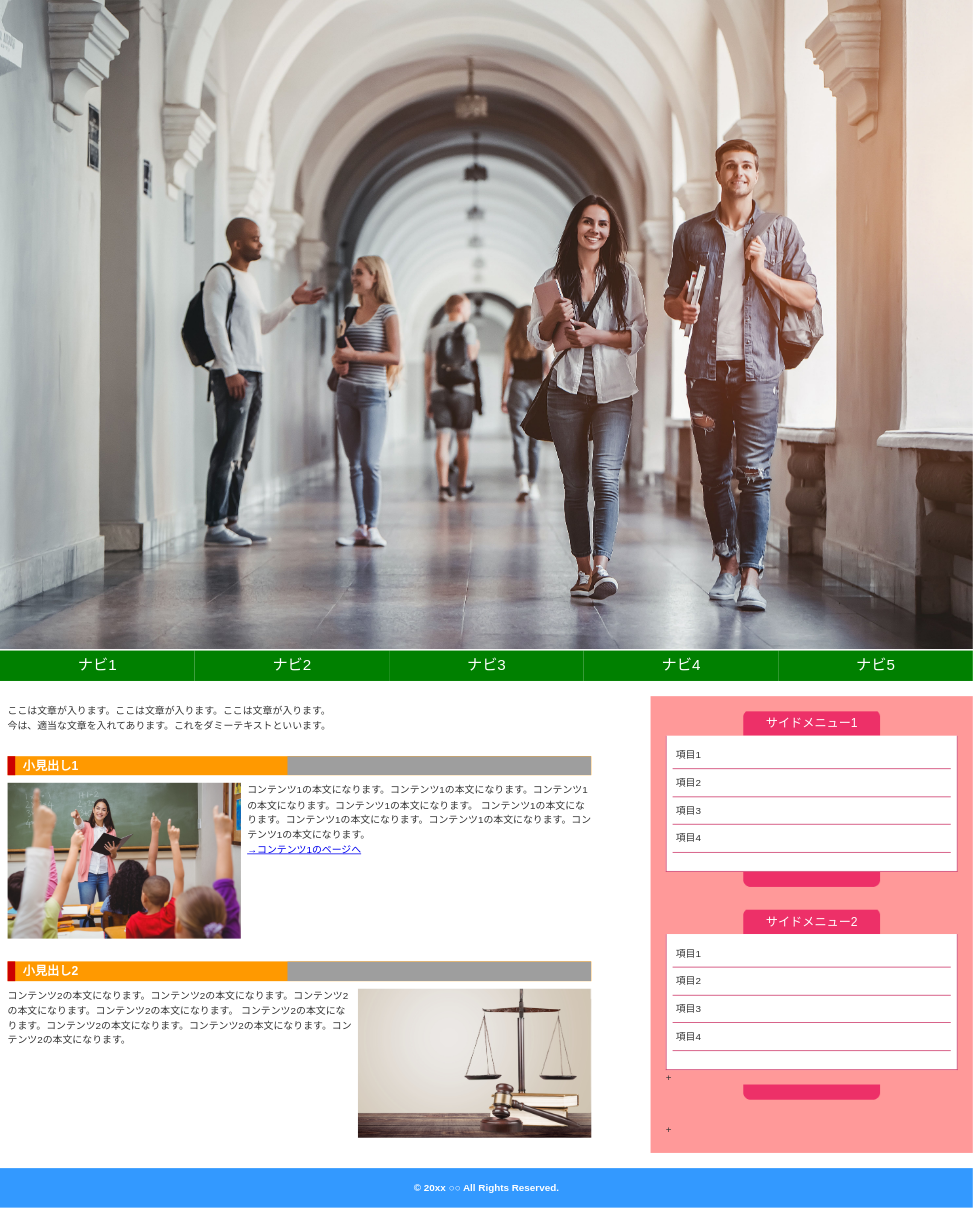
Repository: Yweb18/samurai_PHP
Page: index.html
The author's editor kept a record of every edit. The page is drawn from the files as they stood at one moment, then again after the next edit.
The browser window is 1280 px wide. The pictures show the whole page, at 76% of full size.
Pictures or frames that could not be fetched are drawn as grey boxes.

Above is the page before.

### index.html
<!DOCTYPE html>
<html lang="ja">
    <head>
        <meta charset="UTF-8">
        <title>HTML/CSSの学習</title>
        <link rel="stylesheet" href="stylesheet.css">
    </head>
    <body>
        <div id="header">
            <h1><a href="index.html"><img id="corridor" src="images/corridor.jpg" alt="大学の廊下" /></a></h1>
        </div>
        <div id="wrapper">
            <div id="nav">
                <ul>
                    <li><a href="home.html">ナビ1</a></li>
                    <li><a href="#">ナビ2</a></li>
                    <li><a href="#">ナビ3</a></li>
                    <li><a href="#">ナビ4</a></li>
                    <li><a href="#">ナビ5</a></li>
                </ul>
            </div>
           <div id="container">
            <div id="main">
                <div class="post">
                    <p>ここは文章が入ります。ここは文章が入ります。ここは文章が入ります。<br />今は、適当な文章を入れてあります。これをダミーテキストといいます。</p>
                    </div>
                <div class="post clearfix">
                    <h2>小見出し1</h2>
                    <img class="left" src="images/classroom.jpg" alt="授業風景" />
                    <p>
                        コンテンツ1の本文になります。コンテンツ1の本文になります。コンテンツ1の本文になります。コンテンツ1の本文になります。
                        コンテンツ1の本文になります。コンテンツ1の本文になります。コンテンツ1の本文になります。コンテンツ1の本文になります。
                    </p>
                    <p><a href="#">→コンテンツ1のページへ</a></p>
                </div>
                <div class="post clearfix">
                    <h2>小見出し2</h2>
                    <img class="right" src="images/scale.jpg" alt="天秤" />
                    <p>
                        コンテンツ2の本文になります。コンテンツ2の本文になります。コンテンツ2の本文になります。コンテンツ2の本文になります。
                        コンテンツ2の本文になります。コンテンツ2の本文になります。コンテンツ2の本文になります。コンテンツ2の本文になります。
                    </p>
                </div>
            </div>
            </div>
                 <div id="side">
                <div class="box">
                    <h2>サイドメニュー1</h2>
                    <div class="boxBody">
                        <ul>
                            <li>項目1</li>
                            <li>項目2</li>
                            <li>項目3</li>
                            <li>項目4</li>
                        </ul>
                    </div>
                </div>
                <div class="box">
                    <h2>サイドメニュー2</h2>
                    <div class="boxBody">
                        <ul>
                            <li>項目1</li>
                            <li>項目2</li>
                            <li>項目3</li>
                            <li>項目4</li>
                        </ul>
                    </div>
+                </div>
+            </div>

        </div>
        <div id="footer">
            <p>&copy; 20xx ○○ All Rights Reserved.</p>
        </div>
    </body>
</html>

### stylesheet.css
@charset "utf-8";

body {
	margin: 0;
	padding: 0;
	font-family: "ヒラギノ角ゴ Pro W3", "Hiragino Kaku Gothic Pro", "メイリオ", Meiryo, Osaka, "ＭＳ Ｐゴシック", "MS PGothic", sans-serif;
	color: #333;
	font-size: 13px;
	line-height: 150%;
}

/* -------------------- wrapper -------------------- */
#wrapper {
    width: 100%;
    margin: auto;
    padding: 0px;
    border: 0px;
    background-color: #FFF;
    top: 10px;
}

/* -------------------- header -------------------- */
 #header {
 	width: 100%;
 }
 #header h1 {
 	 margin: 0;
	 padding: 0;
 }

 #corridor {
	 width: 100%;
	 height: auto;
 }


 /* -------------------- footer -------------------- */
 #footer {
 	 clear: both;
 	 width: 100%;
 	 padding: 3px 0 3px 0;
 	 background: #39F;
 	 color: #FFF;
 	 font-weight: bold;
 	 text-align: center;
 }


 /* -------------------- nav -------------------- */
 #nav {
	 width: 100%;
 }
 #nav ul {
	 margin: 0;
	 padding: 0;
	 list-style-type: none;
 }
 #nav ul li {
	 float: left;
	 width: 20%;
	 text-align: center;
 }
 #nav ul li a {
	 display: block;
	 height: 20px;
	 margin: 0;
	 padding: 10px;
	 color: #FFF;
	 font-size: 20px;
	 text-decoration: none;
	 background-color: green;
 }


 /* -------------------- container -------------------- */
 #container {
	 width: 100%;
	 margin: auto ;
	 padding: auto;
	 padding-top: 20px;
	 clear: both;
 }
 /* -------------------- main -------------------- */
 #main {
	 float: left;
	 width: 60%;
	 padding: 10px 30px 10px 10px;
 }
 #main h2 {
	 margin: 0 0 10px 0;
	 padding: 3px 10px 3px 10px;
	 color: #FFF;
	 font-size: 16px;
	 border-left: solid 10px #C00;
	 background: #F90 url(../images/main_h2.jpg) right top repeat-y;
 }
 #main p {
	 margin: 0;
	 padding: 0;
 }
 #main .post {
	 margin: 0 0 30px 0;
 }

 #main .post img.right {
	 margin: 0 0 0 8px;
 }
 #main .post img.left {
	 margin: 0 8px 0 0;
 }

 .right {
	 float: right;
	 width: 40%;
	 height: auto;
 }
 .left {
	 float: left;
	 width: 40%;
	 height: auto;
 }

 /* -------------------- clearfix -------------------- */
 .clearfix {
	 zoom: 1;
 }
 .clearfix:after{
	 content: "";
	 display: block;
	 clear: both;
 }



 /* -------------------- side -------------------- */
 #side {
 	 float: right;
 	 width: 30%;
 	 padding: 20px;
 	 background-color: #F99;
 }
 #side .box {
 	 margin: 0 auto 30px auto;
 	 padding: 0 0 20px 0;
 	 background: url(images/side_box.png) bottom no-repeat;
 }
 #side .box h2 {
 	 margin: 0;
 	 padding: 8px;
 	 text-align: center;
 	 color: #fff;
 	 font-size: 16px;
 	 line-height: 16px;
 	 font-weight: normal;
 	 background: url(images/side_box_h2.png) center no-repeat;
 }
 #side .box .boxBody {
 	 padding: 8px;
 	 border-right: solid 1px #C36;
 	 border-bottom: solid 1px #C36;
 	 border-left: solid 1px #C36;
 	 background: #fff;
 }
 #side .box .boxBody ul {
 	 margin: 0 0 16px 0;
 	 padding: 0;
 }
 #side .box .boxBody ul li {
 	 padding: 8px 0 8px 4px;
 	 list-style: none;
 	 border-bottom: solid 1px #C36;
 }

After the next edit:
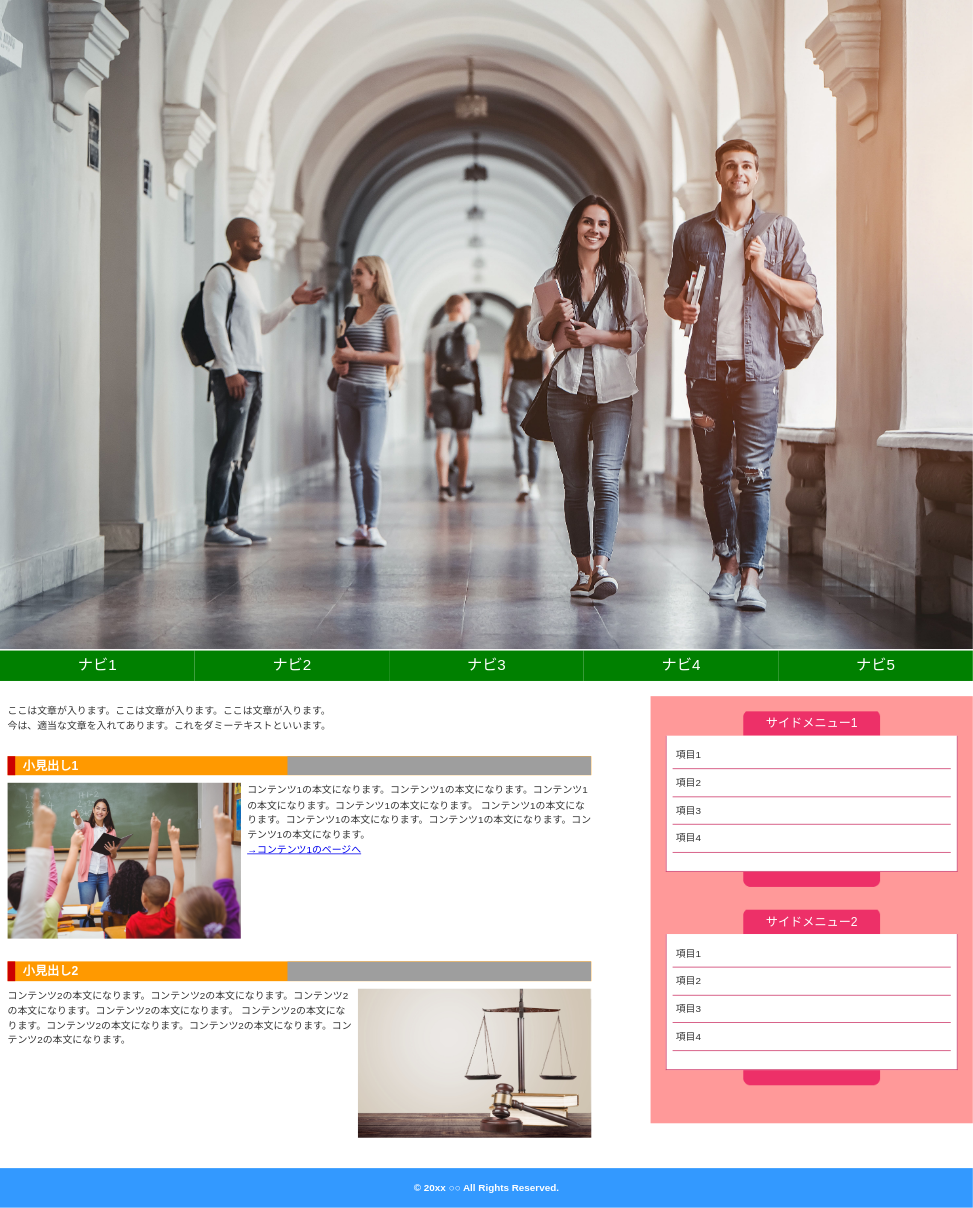
The edit:
--- a/index.html
+++ b/index.html
@@ -65,8 +65,8 @@
                             <li>項目4</li>
                         </ul>
                     </div>
-+                </div>
-+            </div>
+                </div>
+            </div>
 
         </div>
         <div id="footer">
